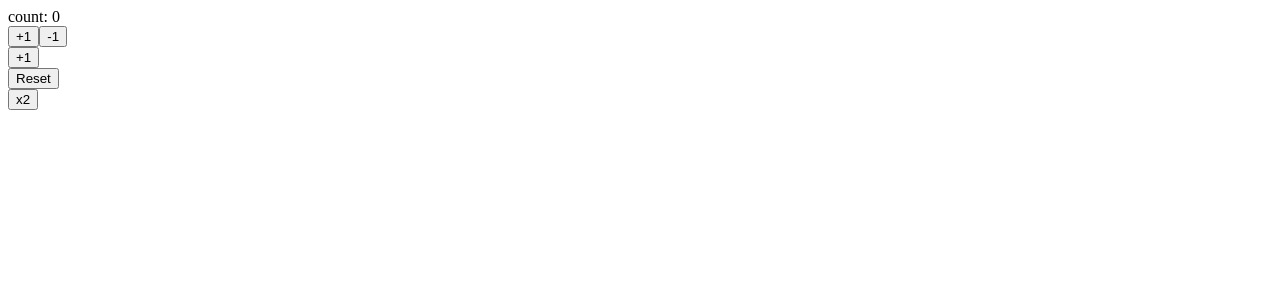
Repository: yujiuehara/my-app
Page: /
These files come from the project's save history. The page is drawn as it stood at one moment and after a run of saves; the edit follows.
The browser window is 1280 px wide. The pictures show the whole page.
The project was rebuilt for these pictures with package versions that can differ from the ones it lists, and the page was loaded fresh each time.

Above is the page before, as saved 2020-05-03 23:27:52.

After the next 5 saves:
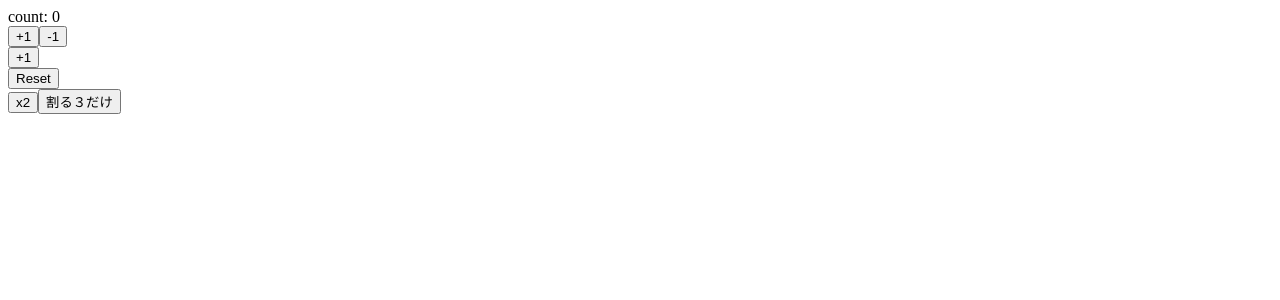
The 5 saves are shown as one change because 4 did not build or start.
The last was saved 24 min 52 s later.
--- a/src/App.js
+++ b/src/App.js
@@ -33,6 +33,18 @@ const App = ()=> {
     )
   }
 
+  const triple = () => {
+    return(
+      setCount( previousCount => {
+        if (previousCount % 3 === 0){
+          return previousCount / 3
+        } else{
+          return previousCount
+        }
+      }
+    )
+  )}
+
   return (
     <>
     <div>count: {count}</div>
@@ -46,6 +58,7 @@ const App = ()=> {
     </div>
     <div>
       <button onClick={double}>x2</button>
+      <button onClick={triple}>割る３だけ</button>
     </div>
     </>
   );
